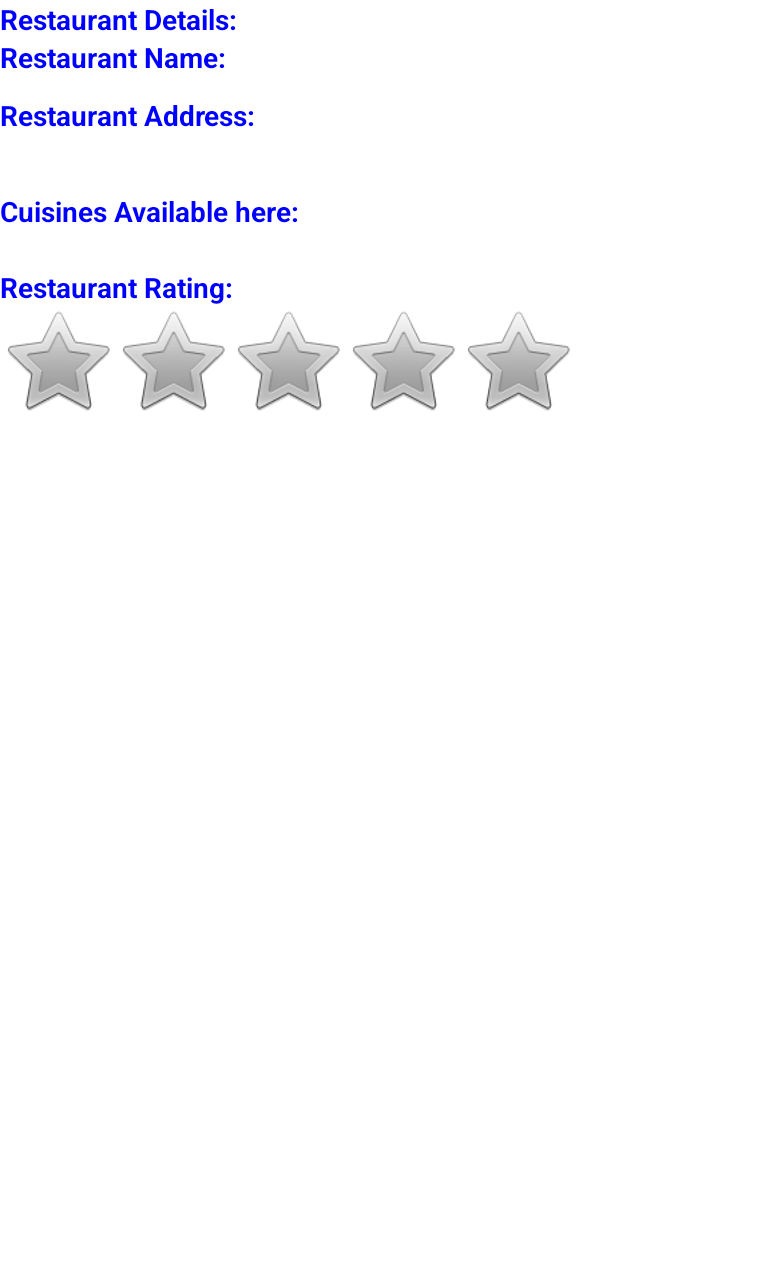
Repository: Mihir-Webonise/AllAndroidAssignments
Layout: ZomatoAssignment/res/layout/restaurantdetails.xml
An editor plug-in stored every save of this project. The layout is shown before and after the next save, followed by the edit.
It is drawn on a 768 x 1280 px phone screen (xhdpi) without system bars, with theme android:Theme; the app's code is not run.

Above is the layout before, as saved 2012-06-29 13:12:25.

### ZomatoAssignment/res/layout/restaurantdetails.xml
<?xml version="1.0" encoding="utf-8"?>
<LinearLayout xmlns:android="http://schemas.android.com/apk/res/android"
    android:layout_width="match_parent"
    android:layout_height="match_parent"
    android:background="@android:color/white"
    android:orientation="vertical"
    android:color="#ffff0000" >

    <TextView
        android:id="@+id/textViewRestaurantDetailslbl"
        android:layout_width="wrap_content"
        android:layout_height="wrap_content"
        android:text="Restaurant Details: "
        android:textColor="#0000ff"
        android:textStyle="bold" />

    <LinearLayout
        android:layout_width="fill_parent"
        android:layout_height="wrap_content"
        android:orientation="horizontal" >

        <TextView
            android:id="@+id/textViewRestaurantNamelbl"
            android:layout_width="wrap_content"
            android:layout_height="wrap_content"
            android:text="Restaurant Name: "
            android:textColor="#0000ff"
            android:textStyle="bold" />

        <TextView
            android:id="@+id/textViewRestaurantNamevalue"
            android:layout_width="wrap_content"
            android:layout_height="wrap_content"
            android:text=""
            android:textColor="#ff0000"
            android:textStyle="bold" />
    </LinearLayout>

    <TextView
        android:id="@+id/textViewRestaurantAddresslbl"
        android:layout_width="wrap_content"
        android:layout_height="wrap_content"
        android:layout_marginTop="10dp"
        android:text="Restaurant Address: "
        android:textColor="#0000ff"
        android:textStyle="bold" />

    <TextView
        android:id="@+id/textViewRestaurantAddressvalue"
        android:layout_width="wrap_content"
        android:layout_height="wrap_content"
        android:text=""
        android:textColor="#ff0000"
        android:textStyle="bold" />

     <TextView
        android:id="@+id/textViewRestaurantCuisineslbl"
        android:layout_width="wrap_content"
        android:layout_height="wrap_content"
        android:layout_marginTop="10dp"
        android:text="Cuisines Available here: "
        android:textColor="#0000ff"
        android:textStyle="bold" />

    <TextView
        android:id="@+id/textViewRestaurantCuisinesvalue"
        android:layout_width="wrap_content"
        android:layout_height="wrap_content"
        android:text=""
        android:textColor="#ff0000"
        android:textStyle="bold" />

    <LinearLayout
        android:layout_width="fill_parent"
        android:layout_height="wrap_content"
        android:orientation="horizontal" >

        <TextView
            android:id="@+id/textViewRestaurantRatinglbl"
            android:layout_width="wrap_content"
            android:layout_height="wrap_content"
            android:text="Restaurant Rating: "
            android:textColor="#0000ff"
            android:textStyle="bold" />

        <TextView
            android:id="@+id/textViewRestaurantRatingvalue"
            android:layout_width="wrap_content"
            android:layout_height="wrap_content"
            android:text=""
            android:textColor="#ff0000"
            android:textStyle="bold" />
    </LinearLayout>

    <RatingBar
        android:id="@+id/restaurantRatingBar"
        android:layout_width="wrap_content"
        android:layout_height="wrap_content"
        android:numStars="5"
        android:stepSize="1.0" />

</LinearLayout>

After the next save:
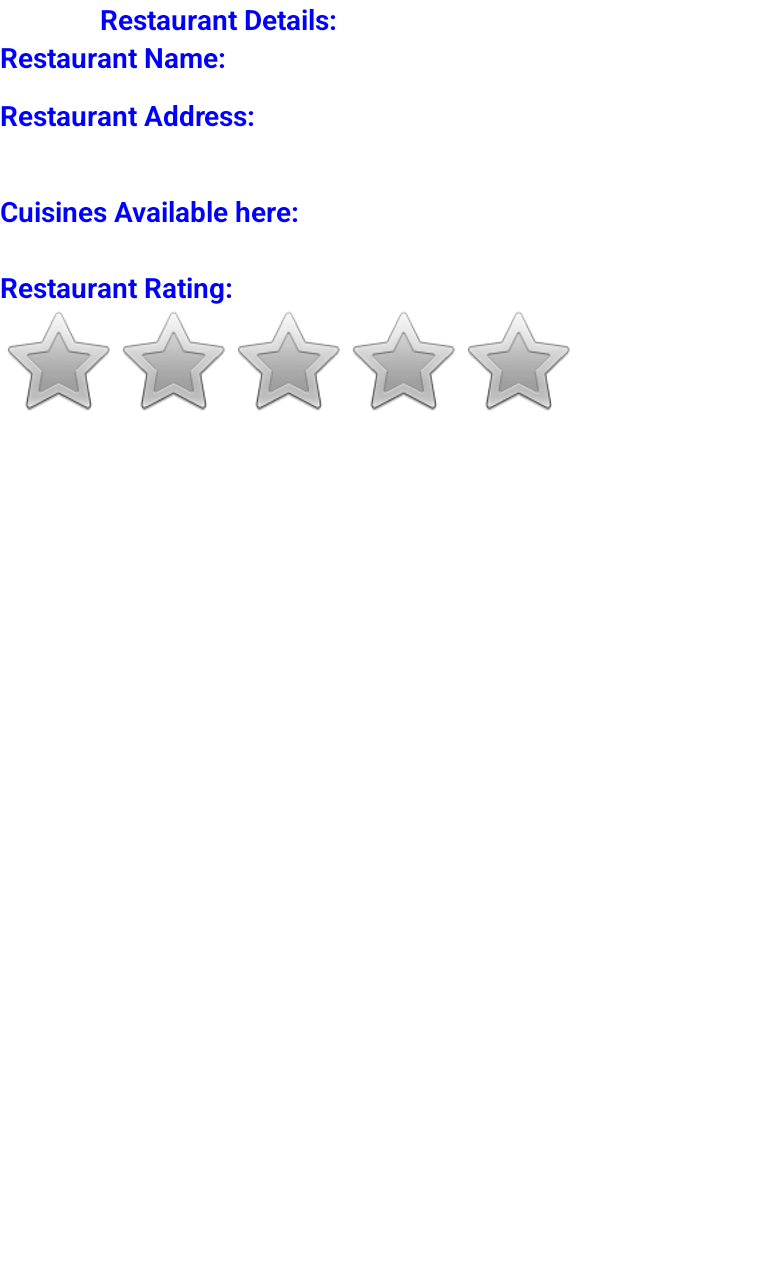
Saved 4 min 54 s later.
--- a/ZomatoAssignment/res/layout/restaurantdetails.xml
+++ b/ZomatoAssignment/res/layout/restaurantdetails.xml
@@ -11,6 +11,7 @@
         android:layout_width="wrap_content"
         android:layout_height="wrap_content"
         android:text="Restaurant Details: "
+        android:layout_marginLeft="50dp"
         android:textColor="#0000ff"
         android:textStyle="bold" />
 
